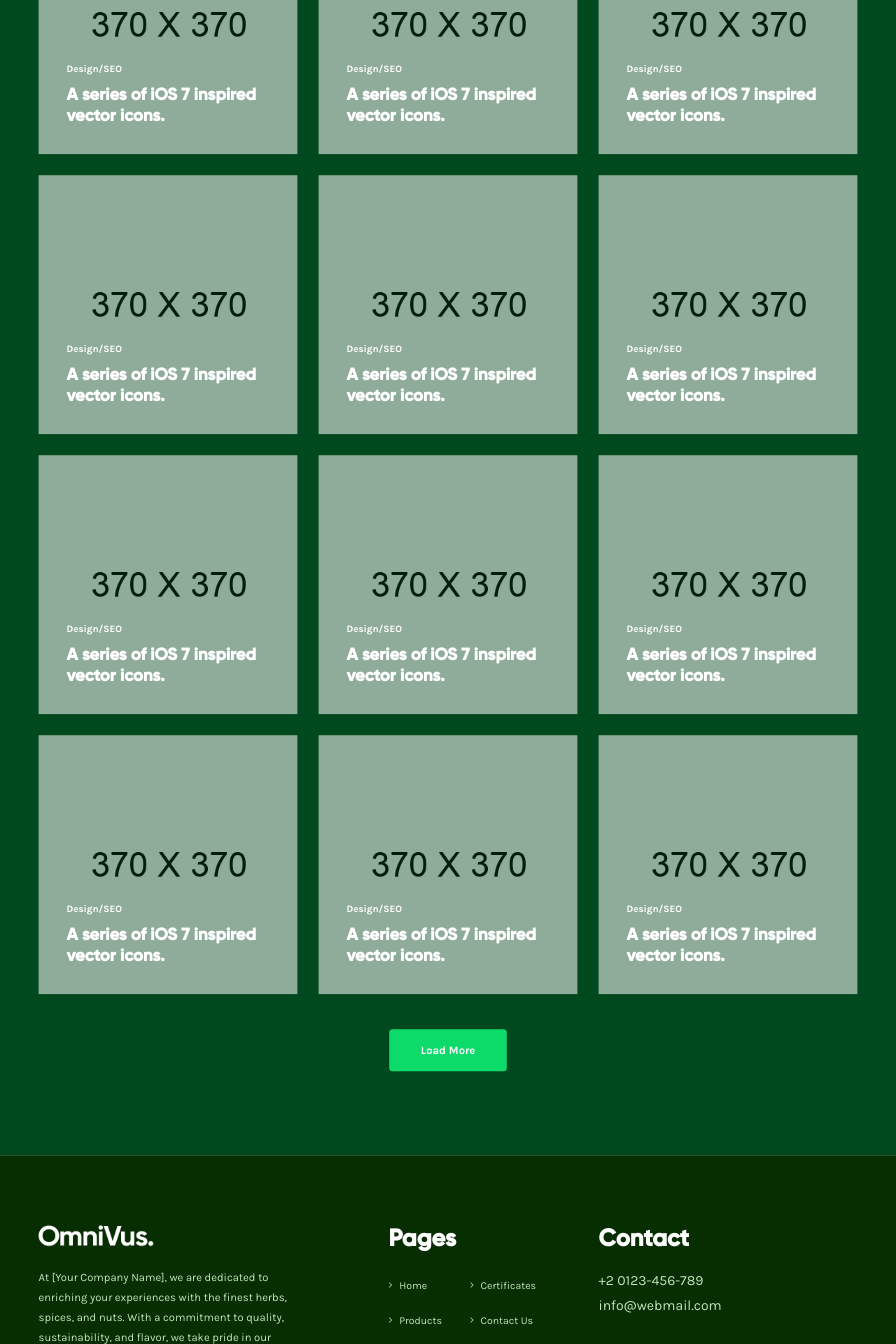
Repository: ziadmoh/alrehab-organic
Page: certificates.html
An editor plug-in stored every save of this project. The page is shown before and after the next save, followed by the edit.
The browser window is 1280 px wide. The pictures show the part of the page from y = 676 to 2596 px (the page is 2981 px tall before and 2071 px after), at 70% of full size.
The style sheet was rebuilt from its Sass, Less or Tailwind sources for each picture, by a compiler version that may differ from the author's.

Above is the page before, as saved 2023-09-26 12:28:49.

After the next save:
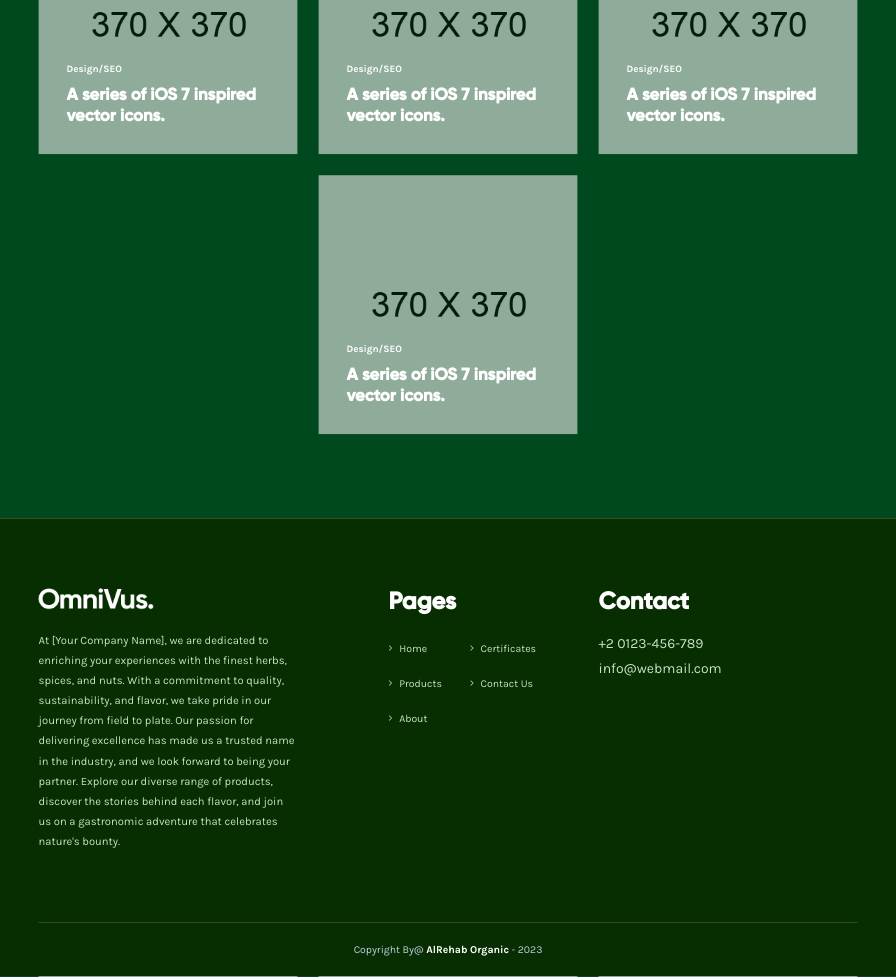
Saved 59 s later.
--- a/certificates.html
+++ b/certificates.html
@@ -172,105 +172,8 @@
                         <a href="case-details.html" class="portfolio-link"><i class="fal fa-long-arrow-right"></i></a>
                     </div>
                 </div>
-                <div class="col-lg-4 col-md-6 col-sm-8">
-                    <div class="portfolio-item-three mt-30">
-                        <img src="assets/img/portfolio/case-05.jpg" alt="Image">
-                        <div class="post-content">
-                            <span class="cat">Design/SEO</span>
-                            <h5 class="title">
-                                <a href="case-details.html">A series of iOS 7 inspired vector icons.</a>
-                            </h5>
-                        </div>
-                        <a href="case-details.html" class="portfolio-link"><i class="fal fa-long-arrow-right"></i></a>
-                    </div>
-                </div>
-                <div class="col-lg-4 col-md-6 col-sm-8">
-                    <div class="portfolio-item-three mt-30">
-                        <img src="assets/img/portfolio/case-06.jpg" alt="Image">
-                        <div class="post-content">
-                            <span class="cat">Design/SEO</span>
-                            <h5 class="title">
-                                <a href="case-details.html">A series of iOS 7 inspired vector icons.</a>
-                            </h5>
-                        </div>
-                        <a href="case-details.html" class="portfolio-link"><i class="fal fa-long-arrow-right"></i></a>
-                    </div>
-                </div>
-                <div class="col-lg-4 col-md-6 col-sm-8">
-                    <div class="portfolio-item-three mt-30">
-                        <img src="assets/img/portfolio/case-07.jpg" alt="Image">
-                        <div class="post-content">
-                            <span class="cat">Design/SEO</span>
-                            <h5 class="title">
-                                <a href="case-details.html">A series of iOS 7 inspired vector icons.</a>
-                            </h5>
-                        </div>
-                        <a href="case-details.html" class="portfolio-link"><i class="fal fa-long-arrow-right"></i></a>
-                    </div>
-                </div>
-                <div class="col-lg-4 col-md-6 col-sm-8">
-                    <div class="portfolio-item-three mt-30">
-                        <img src="assets/img/portfolio/case-08.jpg" alt="Image">
-                        <div class="post-content">
-                            <span class="cat">Design/SEO</span>
-                            <h5 class="title">
-                                <a href="case-details.html">A series of iOS 7 inspired vector icons.</a>
-                            </h5>
-                        </div>
-                        <a href="case-details.html" class="portfolio-link"><i class="fal fa-long-arrow-right"></i></a>
-                    </div>
-                </div>
-                <div class="col-lg-4 col-md-6 col-sm-8">
-                    <div class="portfolio-item-three mt-30">
-                        <img src="assets/img/portfolio/case-05.jpg" alt="Image">
-                        <div class="post-content">
-                            <span class="cat">Design/SEO</span>
-                            <h5 class="title">
-                                <a href="case-details.html">A series of iOS 7 inspired vector icons.</a>
-                            </h5>
-                        </div>
-                        <a href="case-details.html" class="portfolio-link"><i class="fal fa-long-arrow-right"></i></a>
-                    </div>
-                </div>
-                <div class="col-lg-4 col-md-6 col-sm-8">
-                    <div class="portfolio-item-three mt-30">
-                        <img src="assets/img/portfolio/case-06.jpg" alt="Image">
-                        <div class="post-content">
-                            <span class="cat">Design/SEO</span>
-                            <h5 class="title">
-                                <a href="case-details.html">A series of iOS 7 inspired vector icons.</a>
-                            </h5>
-                        </div>
-                        <a href="case-details.html" class="portfolio-link"><i class="fal fa-long-arrow-right"></i></a>
-                    </div>
-                </div>
-                <div class="col-lg-4 col-md-6 col-sm-8">
-                    <div class="portfolio-item-three mt-30">
-                        <img src="assets/img/portfolio/case-03.jpg" alt="Image">
-                        <div class="post-content">
-                            <span class="cat">Design/SEO</span>
-                            <h5 class="title">
-                                <a href="case-details.html">A series of iOS 7 inspired vector icons.</a>
-                            </h5>
-                        </div>
-                        <a href="case-details.html" class="portfolio-link"><i class="fal fa-long-arrow-right"></i></a>
-                    </div>
-                </div>
-                <div class="col-lg-4 col-md-6 col-sm-8">
-                    <div class="portfolio-item-three mt-30">
-                        <img src="assets/img/portfolio/case-04.jpg" alt="Image">
-                        <div class="post-content">
-                            <span class="cat">Design/SEO</span>
-                            <h5 class="title">
-                                <a href="case-details.html">A series of iOS 7 inspired vector icons.</a>
-                            </h5>
-                        </div>
-                        <a href="case-details.html" class="portfolio-link"><i class="fal fa-long-arrow-right"></i></a>
-                    </div>
-                </div>
-                <div class="col-12 text-center mt-50">
-                    <a href="#" class="main-btn rounded-btn">Load More</a>
-                </div>
+
+
             </div>
         </div>
     </section>
